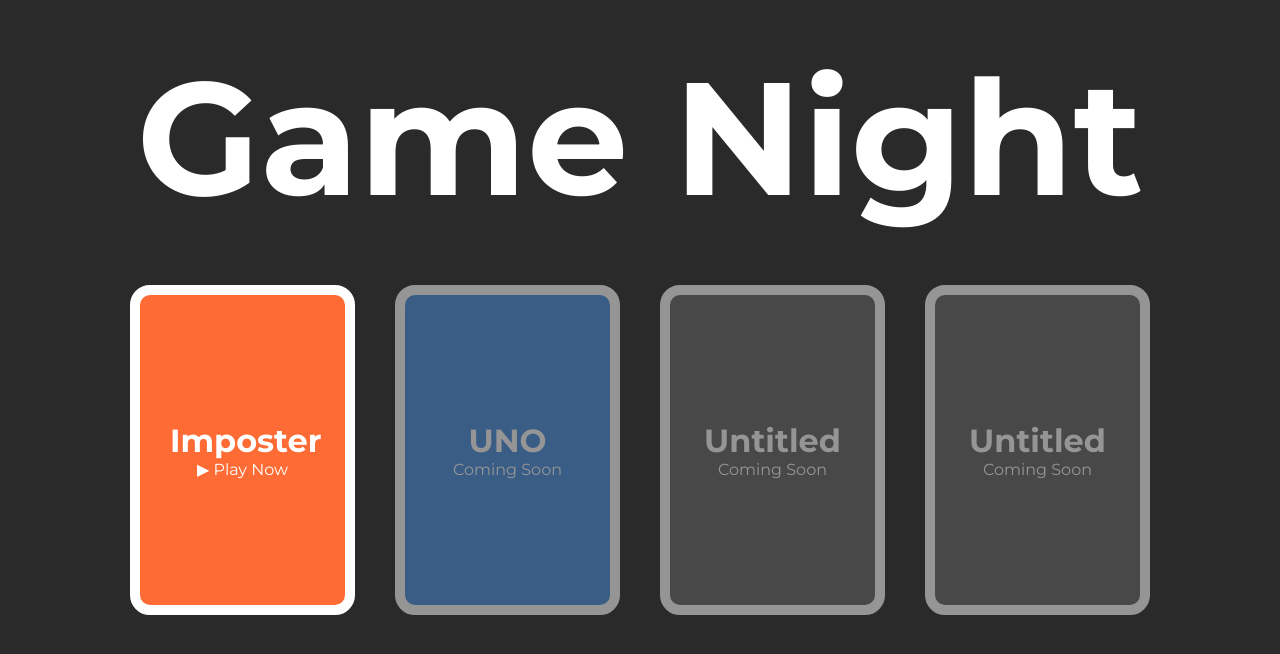
Repository: nfemmanuel/game-night-app
Page: /
The author's editor kept a copy of each file at every save. The page is drawn from the files as they stood at one save, then again after the next save.
The browser window is 1280 px wide. The pictures show the whole page.
The project was rebuilt for these pictures with package versions that can differ from the ones it lists, and the page was loaded fresh each time. Also part of the build but not shown: src/components/HelpButton.jsx, src/components/BackButton.jsx, src/pages/ImposterSetup.jsx, src/data/wordList.js, src/pages/ImposterReveal.jsx, src/pages/ImposterVoting.jsx.

Above is the page before, as saved 2025-12-31 18:11:36.

### public/index.html
<!DOCTYPE html>
<html lang="en">
  <head>
    <meta charset="utf-8" />
    <link rel="icon" href="%PUBLIC_URL%/favicon.ico" />
    <link rel="preconnect" href="https://fonts.googleapis.com">
    <link rel="preconnect" href="https://fonts.gstatic.com" crossorigin>
    <link href="https://fonts.googleapis.com/css2?family=Montserrat:wght@400;600;700&display=swap" rel="stylesheet">
    <meta name="viewport" content="width=device-width, initial-scale=1" />
    <meta name="theme-color" content="#000000" />
    <meta
      name="description"
      content="Web site created using create-react-app"
    />
    <link rel="apple-touch-icon" href="%PUBLIC_URL%/logo192.png" />
    <!--
      manifest.json provides metadata used when your web app is installed on a
      user's mobile device or desktop. See https://developers.google.com/web/fundamentals/web-app-manifest/
    -->
    <link rel="manifest" href="%PUBLIC_URL%/manifest.json" />
    <!--
      Notice the use of %PUBLIC_URL% in the tags above.
      It will be replaced with the URL of the `public` folder during the build.
      Only files inside the `public` folder can be referenced from the HTML.

      Unlike "/favicon.ico" or "favicon.ico", "%PUBLIC_URL%/favicon.ico" will
      work correctly both with client-side routing and a non-root public URL.
      Learn how to configure a non-root public URL by running `npm run build`.
    -->
    <title>React App</title>
  </head>
  <body>
    <noscript>You need to enable JavaScript to run this app.</noscript>
    <div id="root"></div>
    <!--
      This HTML file is a template.
      If you open it directly in the browser, you will see an empty page.

      You can add webfonts, meta tags, or analytics to this file.
      The build step will place the bundled scripts into the <body> tag.

      To begin the development, run `npm start` or `yarn start`.
      To create a production bundle, use `npm run build` or `yarn build`.
    -->
  </body>
</html>

### src/App.js
import { BrowserRouter, Routes, Route } from 'react-router-dom';
import './styles/global.css';
import LandingPage from './pages/LandingPage';
import ImposterSetup from './pages/ImposterSetup';
import ImposterReveal from './pages/ImposterReveal';
import ImposterVoting from './pages/ImposterVoting';

function App() {
  return (
    <BrowserRouter>
      <Routes>
        <Route path="/" element={<LandingPage />} />
        <Route path="/imposter-setup" element={<ImposterSetup />} />
        <Route path="/imposter-reveal" element={<ImposterReveal />} />
        <Route path="/imposter-voting" element={<ImposterVoting />} />
      </Routes>
    </BrowserRouter>
  );
}

export default App;

### src/styles/global.css
* {
    margin: 0;
    padding: 0;
    box-sizing: border-box;
}

body {
    font-family: 'Montserrat', 'Helvetica Neue', 'Arial', sans-serif;
    background-color: rgb(42, 42, 42);
    color: white;
    overflow: hidden;
}

button {
    cursor: pointer;
    border: none;
    border-radius: 5px;
    font-family: inherit;
    font-size: 1rem;
    padding: 10px 20px;
}

/* Mobile adjustments only - won't affect desktop */
@media (max-width: 768px) {
    body {
        overflow-y: auto;
    }

    /* Make large headings smaller on mobile */
    h1 {
        font-size: 3rem !important;
    }

    h2 {
        font-size: 2rem !important;
    }
}

@media (max-width: 480px) {
    h1 {
        font-size: 2.5rem !important;
    }

    h2 {
        font-size: 2rem !important;
    }
}

### src/pages/LandingPage.jsx
import { useNavigate } from 'react-router-dom';
import GameCard from '../components/GameCard';
import HelpButton from '../components/HelpButton';

function LandingPage() {
    const navigate = useNavigate();

    const handleClick = (gameName, route) => {
        if (route) {
            navigate(route);
        }
    };

    return (
        <div style={{ padding: '40px', textAlign: 'center' }}>
            <h1 style={{ fontSize: '10rem' }}>Game Night</h1>

            <div style={{
                display: 'flex',
                gap: '20px',
                justifyContent: 'center',
                marginTop: '40px',
                flexWrap: 'wrap',
                padding: '0 10px'  // Add padding on sides for mobile
            }}>
                <GameCard
                    name="Imposter"
                    available={true}
                    color="orange"
                    onClick={() => handleClick("Imposter", "/imposter-setup")}
                />
                <GameCard
                    name="UNO"
                    available={false}
                    color="blue"
                    onClick={() => handleClick("UNO", "/uno-setup")}
                />
                <GameCard
                    name="Untitled"
                    available={false}
                    onClick={() => { }}
                />
                <GameCard
                    name="Untitled"
                    available={false}
                    onClick={() => { }}
                />
            </div>
        </div>
    );
}

export default LandingPage;

### src/components/GameCard.jsx
import styles from './GameCard.module.css';

function GameCard({ name, available, onClick, color }) {  // Add color here
    // Combine card + available/disabled classes + color
    const cardClasses = `${styles.card} ${available ? styles.available : styles.disabled} ${color ? styles[color] : ''}`;

    return (
        <div
            className={cardClasses}
            onClick={available ? onClick : null}
        >
            <h1>{name}</h1>
            <p>{available ? '▶ Play Now' : 'Coming Soon'}</p>
        </div>
    );
}

export default GameCard;

### src/components/GameCard.module.css
.card {
    width: 225px;
    height: 330px;
    padding: 30px;
    margin: 10px;
    border-radius: 20px;
    border: 10px solid white;
    text-align: center;
    transition: all 0.3s ease;
    display: flex;
    flex-direction: column;
    justify-content: center;
}

.available {
    color: white;
    cursor: pointer;
}

.available:hover {
    transform: scale(1.05);
}

.disabled {
    background-color: #666;
    color: white;
    cursor: not-allowed;
    opacity: 0.5;
}

.orange {
    background-color: #FF6B35;
}

.orange:hover {
    box-shadow: 0 0 20px rgba(255, 107, 53, 0.6);
}

.blue {
    background-color: #4A90E2;
}

.blue:hover {
    box-shadow: 0 0 20px rgba(74, 144, 226, 0.6);
}

/* Mobile: smaller cards */
@media (max-width: 768px) {
    .card {
        width: 160px;
        height: 240px;
        padding: 20px;
        margin: 8px;
        border: 6px solid white;
    }
}

@media (max-width: 480px) {
    .card {
        width: 140px;
        height: 210px;
        padding: 15px;
        margin: 5px;
        border: 5px solid white;
    }

    .card h1 {
        font-size: 1.3rem;
    }

    .card p {
        font-size: 0.9rem;
    }
}

Loaded but not shown: src/index.js (common file); src/index.css (common file); src/reportWebVitals.js (common file)

After the next save:
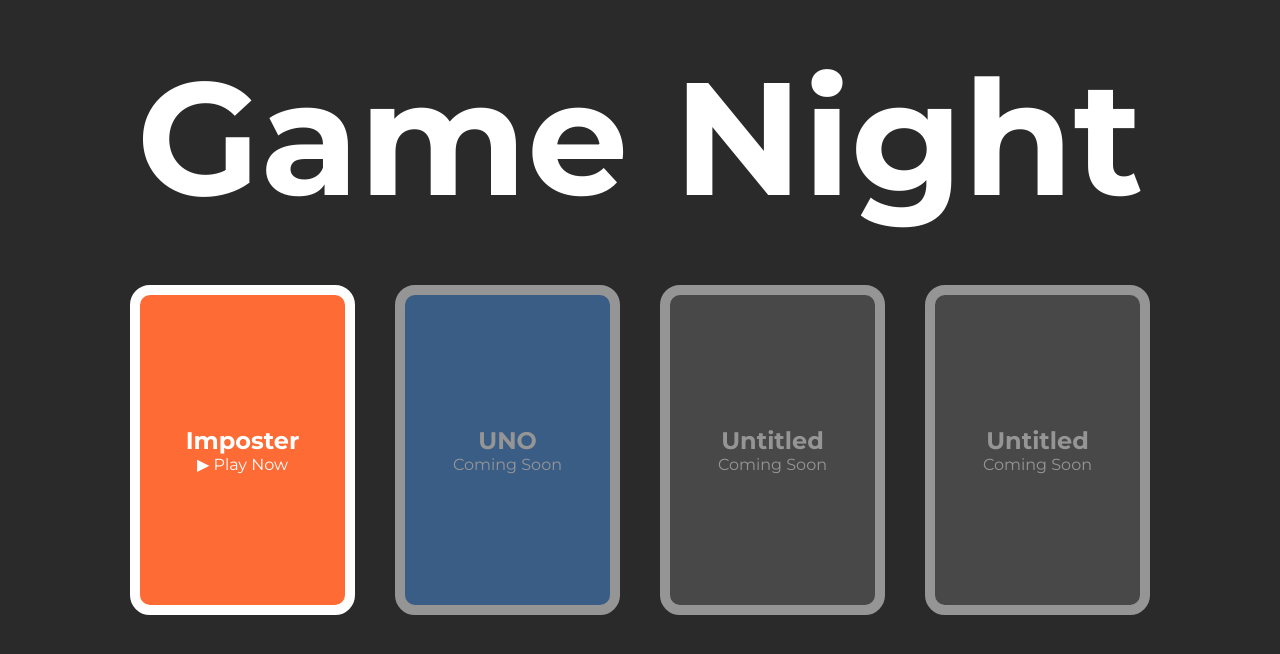
Saved 5 min 4 s later.
--- a/src/components/GameCard.jsx
+++ b/src/components/GameCard.jsx
@@ -9,7 +9,7 @@ function GameCard({ name, available, onClick, color }) {  // Add color here
             className={cardClasses}
             onClick={available ? onClick : null}
         >
-            <h1>{name}</h1>
+            <h2>{name}</h2>
             <p>{available ? '▶ Play Now' : 'Coming Soon'}</p>
         </div>
     );
